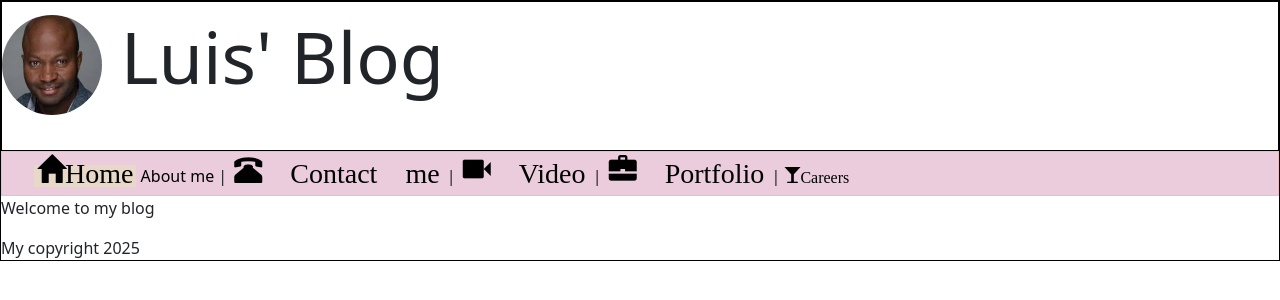
Repository: wduluis/wduluis.github.io
Page: video.html
These files come from the project's save history. The page is drawn as it stood at one moment and after the next save; the edit follows.
The browser window is 1280 px wide. The pictures show the whole page.

Above is the page before, as saved 2025-05-09 10:18:09.

After the next save:
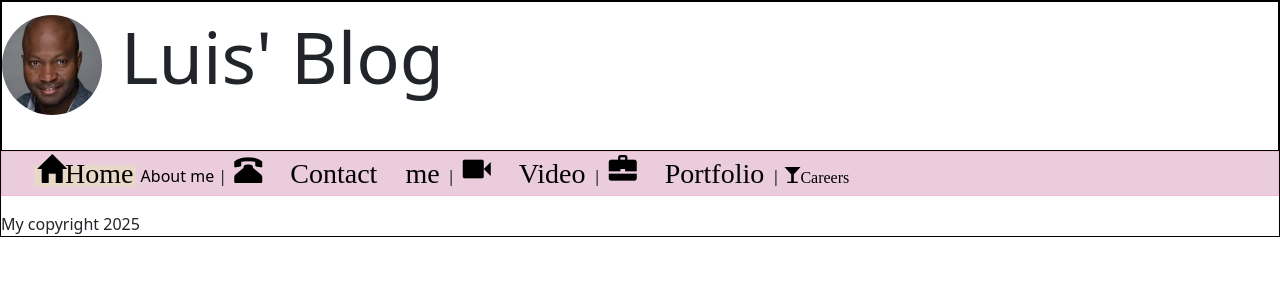
Saved 52 s later.
--- a/video.html
+++ b/video.html
@@ -37,7 +37,7 @@
 </div>
 
 <div id="contentarea">
-<p> Welcome to my blog</p>
+<p> </p>
 
 
 
